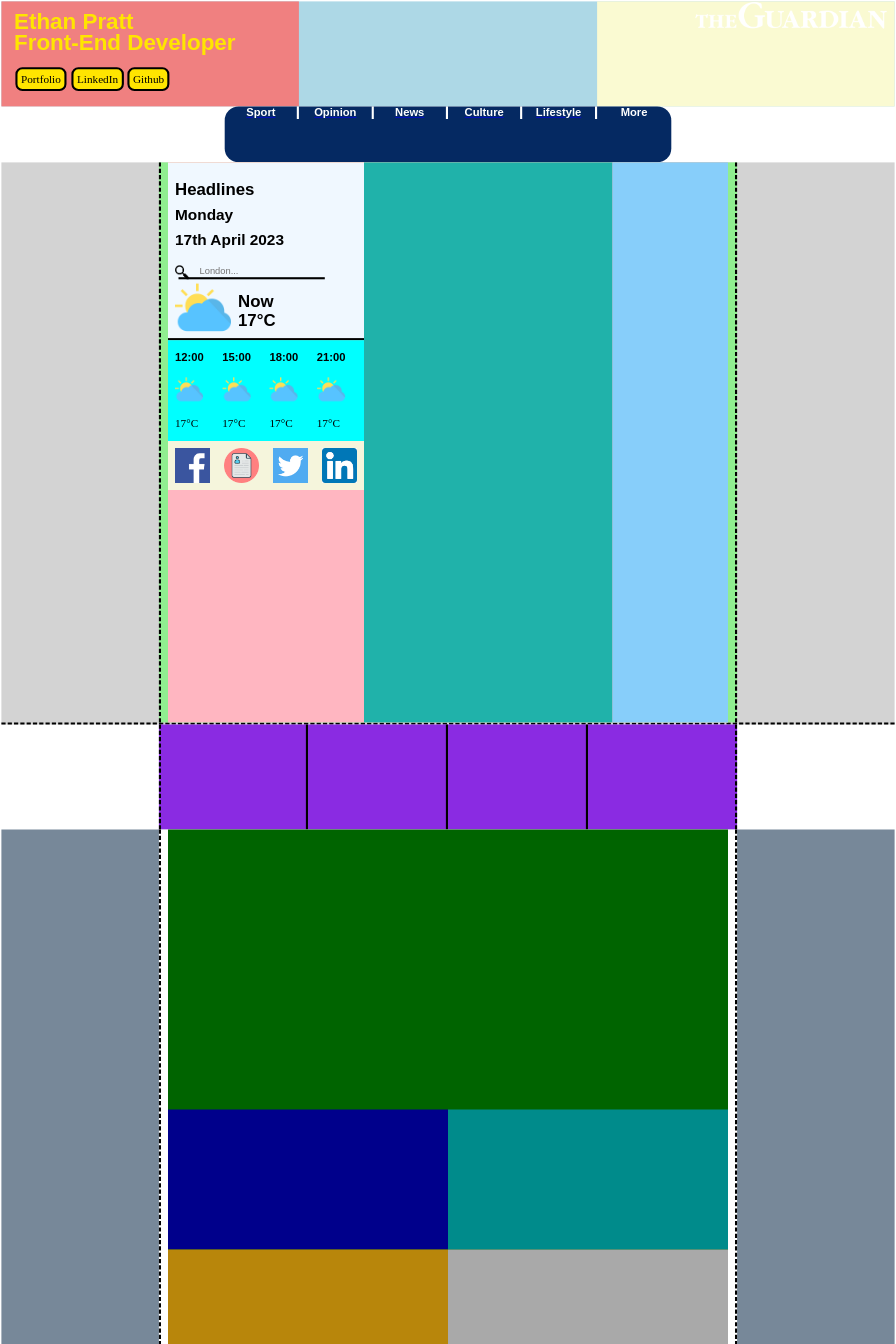
Repository: ghend99/News-Media
Page: index.html
An editor plug-in stored every save of this project. The page is shown before and after the next save, followed by the edit.
The browser window is 1280 px wide. The pictures show the part of the page from y = 0 to 1920 px (the page is 4065 px tall), at 70% of full size.
Some web fonts or font styles are not loaded; a fallback is used.

Above is the page before, as saved 2023-05-07 15:40:45.

After the next save:
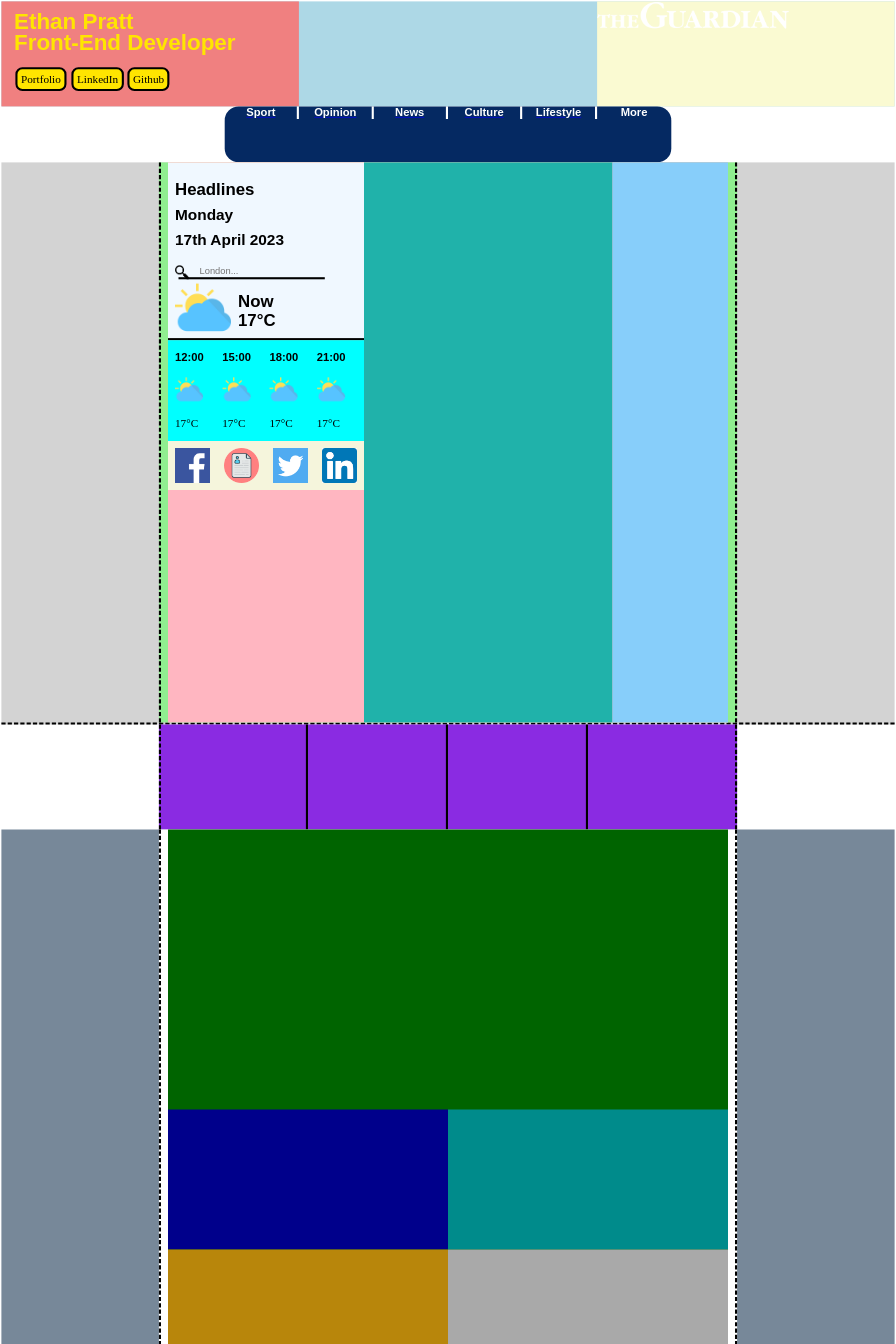
Saved 33 s later.
--- a/style.css
+++ b/style.css
@@ -72,7 +72,7 @@
   position: absolute;
   width: 300px;
   margin-left: 50px;
-  right: 0;
+  right: 140px;
 }
 
 #navigation-link-container {
